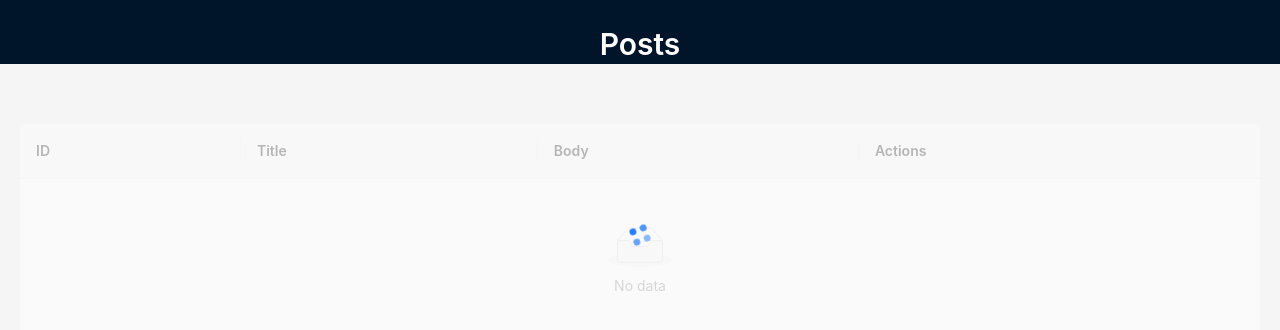
Repository: yasserrrz/Denamo-posts
Page: /
An editor plug-in stored every save of this project. The page is shown before and after the next save, followed by the edit.
The browser window is 1280 px wide. The pictures show the whole page.
The page's requests for data from a server got no answer. The project was rebuilt for these pictures with package versions that can differ from the ones it lists, and the page was loaded fresh each time. No one was signed in, and anything a server would have sent is missing.

Above is the page before, as saved 2024-11-28 09:47:05.

### src/App.tsx
import React from 'react';
import { Layout, Typography } from 'antd';
import DataTable from './components/DataTable';
// import AddPostForm from './components/AddPostForm';

const { Header, Content } = Layout;
const { Title } = Typography;

const App: React.FC = () => {
  return (
    <Layout style={{ minHeight: '100vh' }}>
      <Header style={{ color: 'white', textAlign: 'center' }}>
        <Title level={2} style={{ color: 'white' }}>
          Posts
        </Title>
      </Header>
      <Content style={{ padding: '20px' }}>
        {/* <AddPostForm /> */}
        <div style={{ marginTop: '40px' }}>
          <DataTable />
        </div>
      </Content>
    </Layout>
  );
};

export default App;

### src/components/DataTable.tsx
import React, { useEffect, useState } from 'react';
import { Table, Button, Modal, Form, Input, notification, Flex } from 'antd';
import axios from 'axios';
import { Post } from '../types/Post';

const DataTable: React.FC = () => {
  const [posts, setPosts] = useState<Post[]>([]);
  const [loading, setLoading] = useState<boolean>(true);
  const [editingPost, setEditingPost] = useState<Post | null>(null);
  const [isModalOpen, setIsModalOpen] = useState<boolean>(false);
  const [deleteModalOpen, setDeleteModalOpen] = useState<boolean>(false);
  useEffect(() => {
    const fetchData = async () => {
      setLoading(true)
      axios.get<Post[]>('https://jsonplaceholder.typicode.com/posts').then(res => {
        setPosts(res.data)
        setLoading(false)
      }).catch(err => {
        console.log(err)
      })
    }
    fetchData()
  }, []);

  const handleEdit = (post: Post) => {
    setEditingPost(post);
    setIsModalOpen(true);
  };

  const handleUpdatePost = async (values: Omit<Post, 'id'>) => {
    if (!editingPost) return;

    try {
      const response = await axios.put<Post>(
        `https://jsonplaceholder.typicode.com/posts/${editingPost.id}`,
        values
      );
      setPosts((prev) =>
        prev.map((post) => (post.id === editingPost.id ? { ...post, ...response.data } : post))
      );
      notification.success({
        message: 'Post Updated',
        description: `Post with ID ${editingPost.id} was updated successfully.`,
      });
    } catch (error) {
      notification.error({
        message: 'Error',
        description: 'Failed to update the post.',
      });
    } finally {
      setIsModalOpen(false);
      setEditingPost(null);
    }
  };

  const handleDelete = async (id: number) => {
    try {
      await axios.delete(`https://jsonplaceholder.typicode.com/posts/${id}`);
      setPosts((prev) => prev.filter((post) => post.id !== id));
      notification.success({
        message: 'Post Deleted',
        description: `Post with ID ${id} was deleted successfully.`,
      });
    } catch (error) {
      notification.error({
        message: 'Error',
        description: 'Failed to delete the post.',
      });
    }
  };

  const columns = [
    {
      title: 'ID',
      dataIndex: 'id',
      key: 'id',
    },
    {
      title: 'Title',
      dataIndex: 'title',
      key: 'title',
    },
    {
      title: 'Body',
      dataIndex: 'body',
      key: 'body',
    },
    {
      title: 'Actions',
      key: 'actions',
      render: (text: any, record: Post) => (
        <Flex  style={{ gap: '10px' , alignItems: 'center' , justifyContent: 'center' }}>
          <Button type="link" onClick={() => handleEdit(record)}>
            Edit
          </Button>
          <Button type="link" danger onClick={() => setDeleteModalOpen(true)}>
            Delete
          </Button>
        </Flex>
      ),
    },
  ];


  return (
    <>
      <Table
        dataSource={posts}
        columns={columns}
        rowKey="id"
        loading={loading}
        pagination={{ pageSize: 10 }}
      />
      <Modal
        title="Edit Post"
        open={isModalOpen}
        onCancel={() => setIsModalOpen(false)}
        footer={null}
      >
        <Form
          initialValues={{ title: editingPost?.title, body: editingPost?.body }}
          onFinish={handleUpdatePost}
        >
          <Form.Item
            name="title"
            label="Title"
            rules={[{ required: true, message: 'Please input the title!' }]}
          >
            <Input placeholder="Enter post title"  />
          </Form.Item>
          <Form.Item
            name="body"
            label="Body"
            rules={[{ required: true, message: 'Please input the body!' }]}
          >
            <Input.TextArea rows={4} placeholder="Enter post body" />
          </Form.Item>
          <Form.Item>
            <Button type="primary" htmlType="submit">
              Update Post
            </Button>
          </Form.Item>
        </Form>
      </Modal>
      <Modal
       title="Delete Post"
       open={deleteModalOpen}
       onCancel={() => setDeleteModalOpen(false)}
       footer={null}
      >
        <p>Are you sure you want to delete this post?</p>
        <Button type="primary" onClick={() => handleDelete(editingPost?.id || 0)}>
          Yes
        </Button>
        <Button onClick={() => setDeleteModalOpen(false)}>No</Button>
        </Modal>
    </>
  );
};

export default DataTable;

Loaded but not shown: public/index.html (common file); src/index.tsx (common file); src/index.css (common file); src/reportWebVitals.ts (common file)

After the next save:
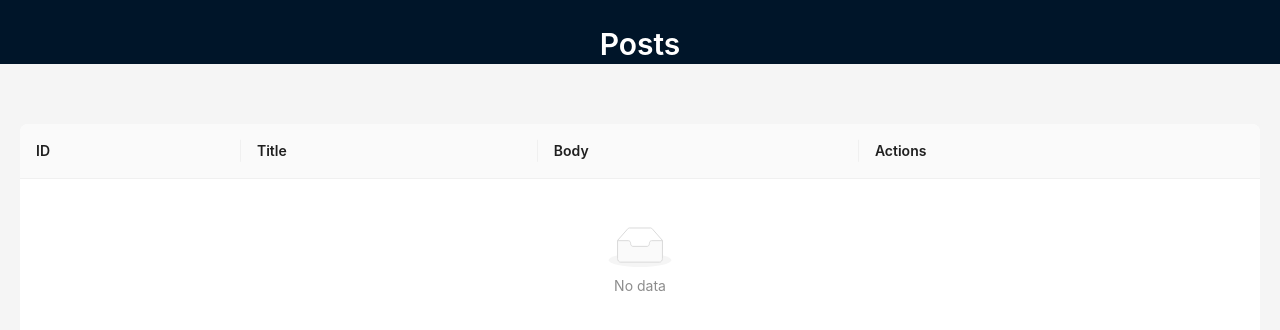
Saved 4 min 16 s later.
--- a/src/components/DataTable.tsx
+++ b/src/components/DataTable.tsx
@@ -1,5 +1,5 @@
 import React, { useEffect, useState } from 'react';
-import { Table, Button, Modal, Form, Input, notification, Flex } from 'antd';
+import { Table, Button, Modal, Form, Input, notification } from 'antd';
 import axios from 'axios';
 import { Post } from '../types/Post';
 
@@ -9,17 +9,21 @@
   const [editingPost, setEditingPost] = useState<Post | null>(null);
   const [isModalOpen, setIsModalOpen] = useState<boolean>(false);
   const [deleteModalOpen, setDeleteModalOpen] = useState<boolean>(false);
+
   useEffect(() => {
     const fetchData = async () => {
-      setLoading(true)
-      axios.get<Post[]>('https://jsonplaceholder.typicode.com/posts').then(res => {
-        setPosts(res.data)
-        setLoading(false)
-      }).catch(err => {
-        console.log(err)
-      })
-    }
-    fetchData()
+      setLoading(true);
+      try {
+        const response = await axios.get<Post[]>('https://jsonplaceholder.typicode.com/posts');
+        setPosts(response.data);
+      } catch (error) {
+        console.log(error);
+      } finally {
+        setLoading(false);
+      }
+    };
+
+    fetchData();
   }, []);
 
   const handleEdit = (post: Post) => {
@@ -67,6 +71,7 @@
         description: 'Failed to delete the post.',
       });
     }
+    setDeleteModalOpen(false);
   };
 
   const columns = [
@@ -89,18 +94,20 @@
       title: 'Actions',
       key: 'actions',
       render: (text: any, record: Post) => (
-        <Flex  style={{ gap: '10px' , alignItems: 'center' , justifyContent: 'center' }}>
+        <div style={{ display: 'flex', gap: '10px', justifyContent: 'center' }}>
           <Button type="link" onClick={() => handleEdit(record)}>
             Edit
           </Button>
-          <Button type="link" danger onClick={() => setDeleteModalOpen(true)}>
+          <Button type="link" danger onClick={() => {
+            setEditingPost(record);
+            setDeleteModalOpen(true);
+          }}>
             Delete
           </Button>
-        </Flex>
+        </div>
       ),
     },
   ];
-
 
   return (
     <>
@@ -111,22 +118,27 @@
         loading={loading}
         pagination={{ pageSize: 10 }}
       />
+
+      {/* Edit Modal */}
       <Modal
         title="Edit Post"
         open={isModalOpen}
         onCancel={() => setIsModalOpen(false)}
         footer={null}
+        style={{ top: 50, maxWidth: 600, margin: '0 auto' }} // Modal Positioning
+        bodyStyle={{ padding: '20px', background: '#f7f7f7', borderRadius: '10px' }} // Modal Body Style
       >
         <Form
           initialValues={{ title: editingPost?.title, body: editingPost?.body }}
           onFinish={handleUpdatePost}
+          layout="vertical"
         >
           <Form.Item
             name="title"
             label="Title"
             rules={[{ required: true, message: 'Please input the title!' }]}
           >
-            <Input placeholder="Enter post title"  />
+            <Input placeholder="Enter post title" />
           </Form.Item>
           <Form.Item
             name="body"
@@ -142,18 +154,24 @@
           </Form.Item>
         </Form>
       </Modal>
+
+      {/* Delete Modal */}
       <Modal
-       title="Delete Post"
-       open={deleteModalOpen}
-       onCancel={() => setDeleteModalOpen(false)}
-       footer={null}
+        title="Delete Post"
+        open={deleteModalOpen}
+        onCancel={() => setDeleteModalOpen(false)}
+        footer={null}
+        style={{ top: 150, maxWidth: 400, margin: '0 auto' }}
+        bodyStyle={{ padding: '20px', textAlign: 'center' }}
       >
         <p>Are you sure you want to delete this post?</p>
-        <Button type="primary" onClick={() => handleDelete(editingPost?.id || 0)}>
-          Yes
-        </Button>
-        <Button onClick={() => setDeleteModalOpen(false)}>No</Button>
-        </Modal>
+        <div style={{ display: 'flex', gap: '10px', justifyContent: 'center' }}>
+          <Button type="primary" danger onClick={() => handleDelete(editingPost?.id || 0)}>
+            Yes
+          </Button>
+          <Button onClick={() => setDeleteModalOpen(false)}>No</Button>
+        </div>
+      </Modal>
     </>
   );
 };
